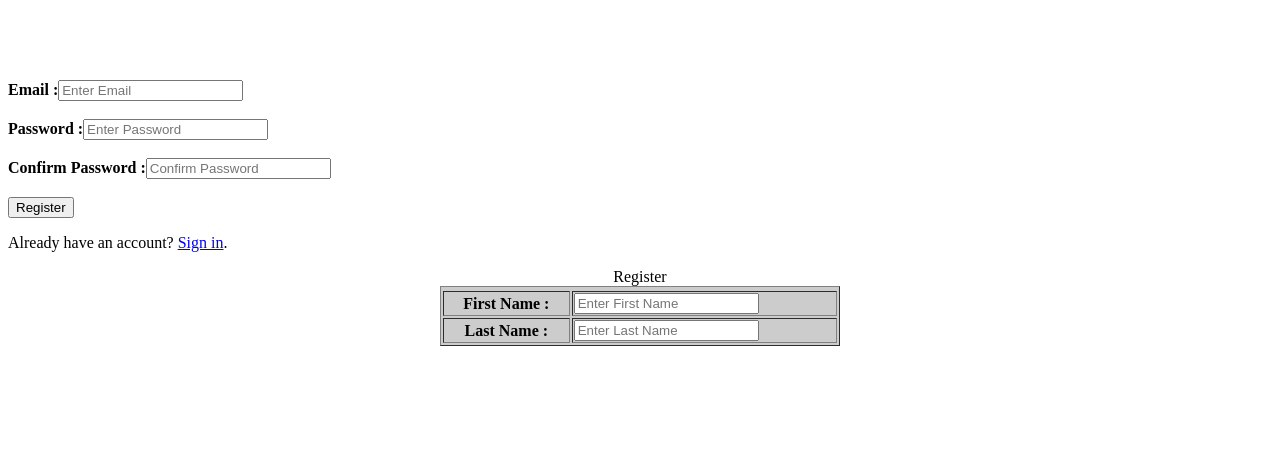
Repository: 1919satya/Mode2
Page: sample/sample/WebContent/sample.html
An editor plug-in stored every save of this project. The page is shown before and after the next save, followed by the edit.
The browser window is 1280 px wide. The pictures show the whole page.

Above is the page before, as saved 2019-10-09 10:06:37.

### sample/sample/WebContent/sample.html
<!DOCTYPE html>
<html>
<head>
<meta charset="ISO-8859-1">
<title>Insert title here</title>
</head>
<body>

<form >
<div class="container">
<table border="1" align="center" width="400" bgcolor="#CCCCCC" >

  <tr>
    <caption>Register</caption>
    <th>First Name :</th>
   <td><input type="text" placeholder="Enter First Name" name="firstName"  required></td><br/><br/>
   </tr>

   <tr>
    <th>Last Name :</th>
    <td><input type="text" placeholder="Enter Last Name" name="lastName" required></td> <br/><br/>
    </tr>

    <b>Email :</b>
    <input type="text" placeholder="Enter Email" name="email" required> <br/><br/>

    <b>Password :</b>
    <input type="password" placeholder="Enter Password" name="psw" required> <br/><br/>

    <b>Confirm Password :</b>
    <input type="password" placeholder="Confirm Password" name="psw-repeat" required> <br/><br/>

    <button type="submit" class="registerbtn">Register</button>
  </div>

  <div class="container signin">
    <p>Already have an account? <a href="#">Sign in</a>.</p>
  </div>
</form>
</table>
</body>
</html>

After the next save:
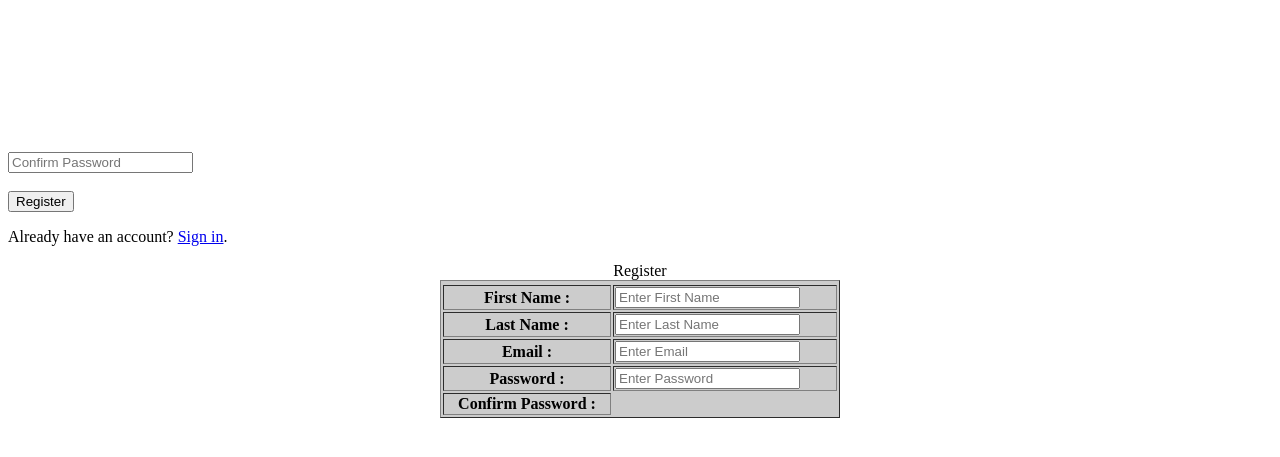
Saved 2 min 18 s later.
--- a/sample/sample/WebContent/sample.html
+++ b/sample/sample/WebContent/sample.html
@@ -21,13 +21,18 @@
     <td><input type="text" placeholder="Enter Last Name" name="lastName" required></td> <br/><br/>
     </tr>
 
-    <b>Email :</b>
-    <input type="text" placeholder="Enter Email" name="email" required> <br/><br/>
+    <tr>
+    <th>Email :</th>
+   <td><input type="text" placeholder="Enter Email" name="email" required></td> <br/><br/>
+   </tr>
 
-    <b>Password :</b>
-    <input type="password" placeholder="Enter Password" name="psw" required> <br/><br/>
+<tr>
+    <th>Password :</th>
+    <td><input type="password" placeholder="Enter Password" name="psw" required></td> <br/><br/>
+    </tr>
 
-    <b>Confirm Password :</b>
+    <tr>
+    <th>Confirm Password :</th>
     <input type="password" placeholder="Confirm Password" name="psw-repeat" required> <br/><br/>
 
     <button type="submit" class="registerbtn">Register</button>
